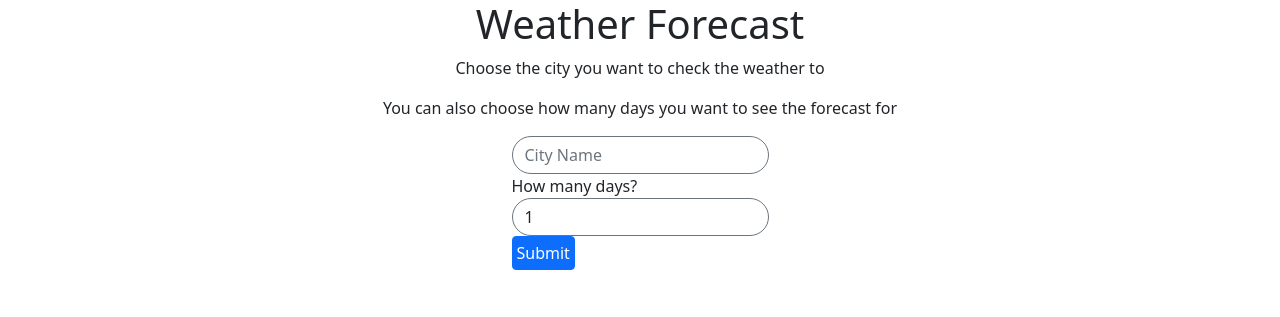
Repository: DimitrisDoxopoulos/my-own-weather-app
Page: /
The author's editor kept a copy of each file at every save. The page is drawn from the files as they stood at one save, then again after a run of saves.
The browser window is 1280 px wide. The pictures show the whole page.
The project was rebuilt for these pictures with package versions that can differ from the ones it lists, and the page was loaded fresh each time.

Above is the page before, as saved 2021-06-03 18:35:07.

After the next 2 saves:
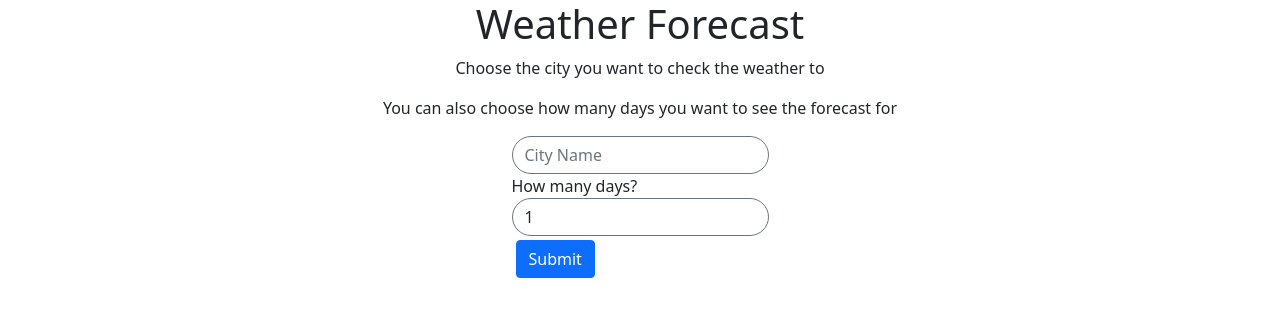
The 2 saves are shown as one change because they came seconds apart.
The last was saved 8 s later.
--- a/src/components/Form.js
+++ b/src/components/Form.js
@@ -17,7 +17,7 @@ const Form = () => {
                         <option>5</option>
                     </select>
                 </div>
-                <input className="btn btn-primary p-1" type="submit" value="Submit" />
+                <input className="btn btn-primary m-1" type="submit" value="Submit" />
             </form>
         </div>
     )
